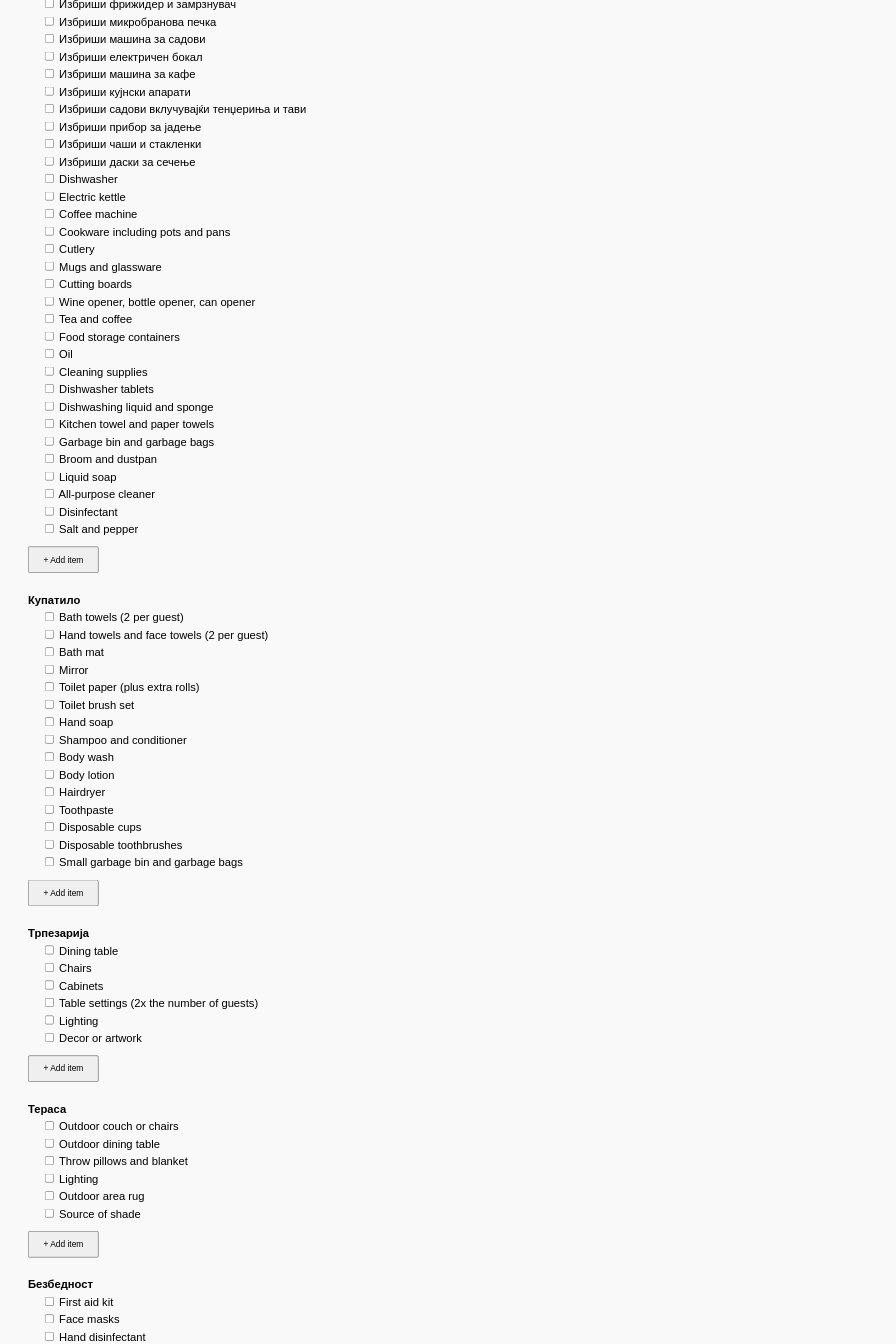
Repository: Z0ck0/Lynx-Apartment-Dashboard
Page: index.html
The author's editor kept a copy of each file at every save. The page is drawn from the files as they stood at one save, then again after the next save.
The browser window is 1280 px wide. The pictures show the part of the page from y = 1611 to 3531 px (the page is 4237 px tall before and 4087 px after), at 70% of full size.

Above is the page before, as saved 2025-05-29 11:14:02.

After the next save:
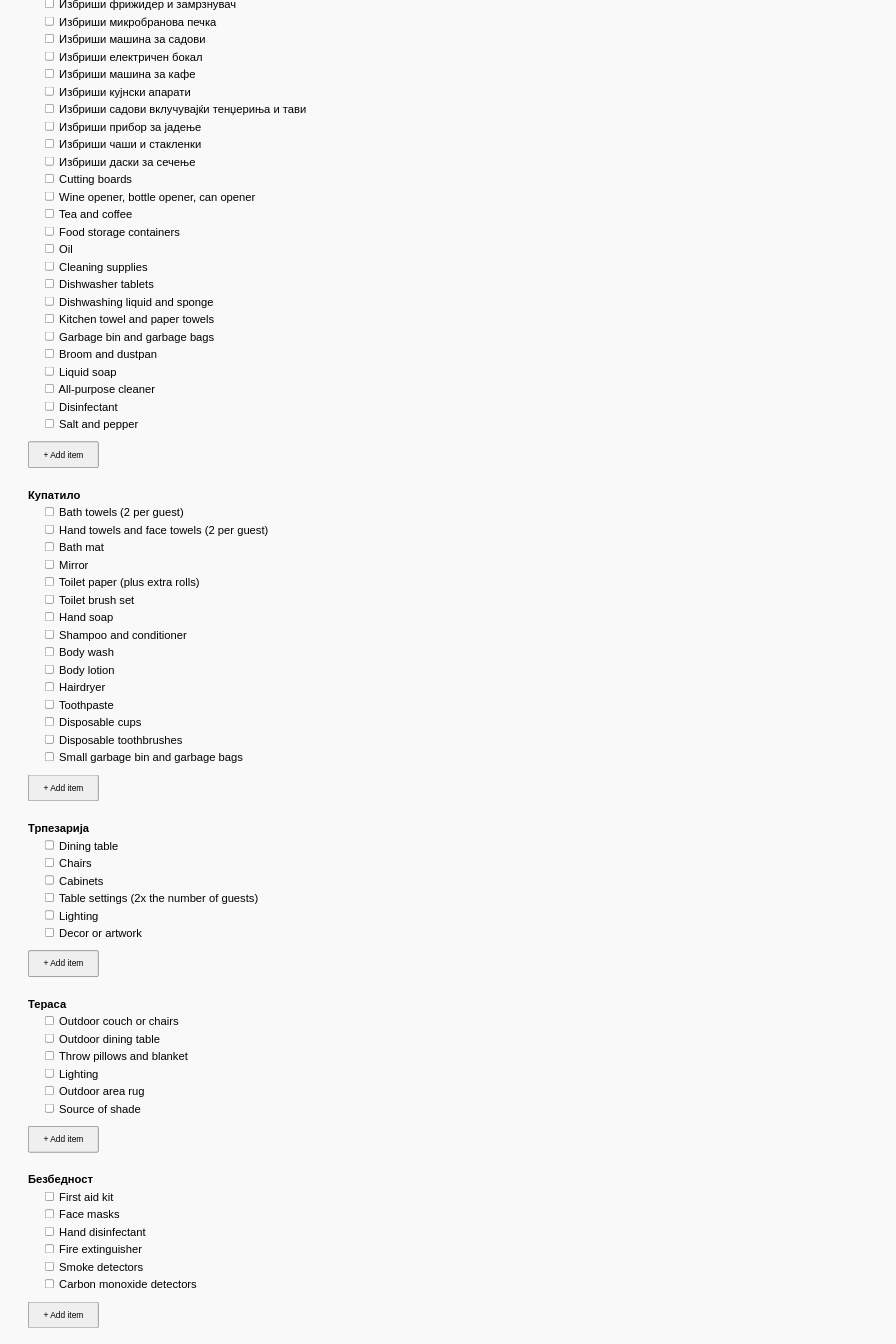
Saved 8 s later.
--- a/index.html
+++ b/index.html
@@ -240,12 +240,6 @@
           "Избриши прибор за јадење",
           "Избриши чаши и стакленки",
           "Избриши даски за сечење",
-          "Dishwasher",
-          "Electric kettle",
-          "Coffee machine",
-          "Cookware including pots and pans",
-          "Cutlery",
-          "Mugs and glassware",
           "Cutting boards",
           "Wine opener, bottle opener, can opener",
           "Tea and coffee",
